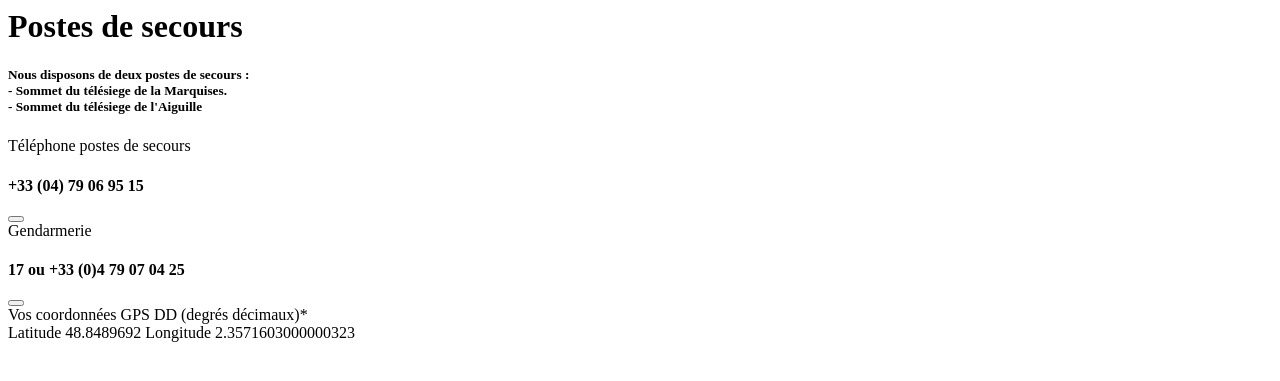
Repository: numericgraphics/Rosiere_Service
Page: www/templates/secours.html
The author's editor kept a record of every edit. The page is drawn from the files as they stood at one moment, then again after the next edit.
The browser window is 1280 px wide. The pictures show the whole page.

Above is the page before.

After the next edit:
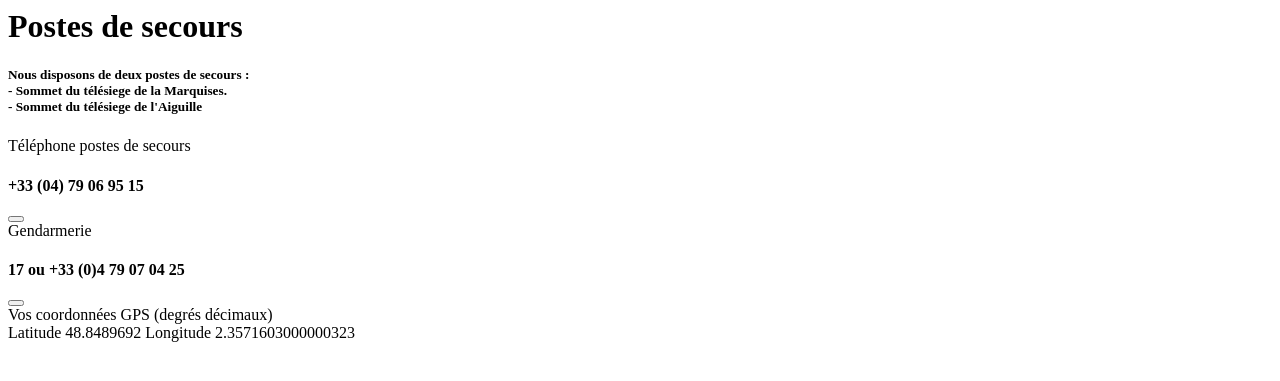
The edit:
--- a/www/templates/secours.html
+++ b/www/templates/secours.html
@@ -36,7 +36,7 @@
 
         <div class="card">
           <div class="item item-divider">
-            Vos coordonnées GPS DD (degrés décimaux)*
+            Vos coordonnées GPS (degrés décimaux)
           </div>
           <div class="list">
           <a class="item">
